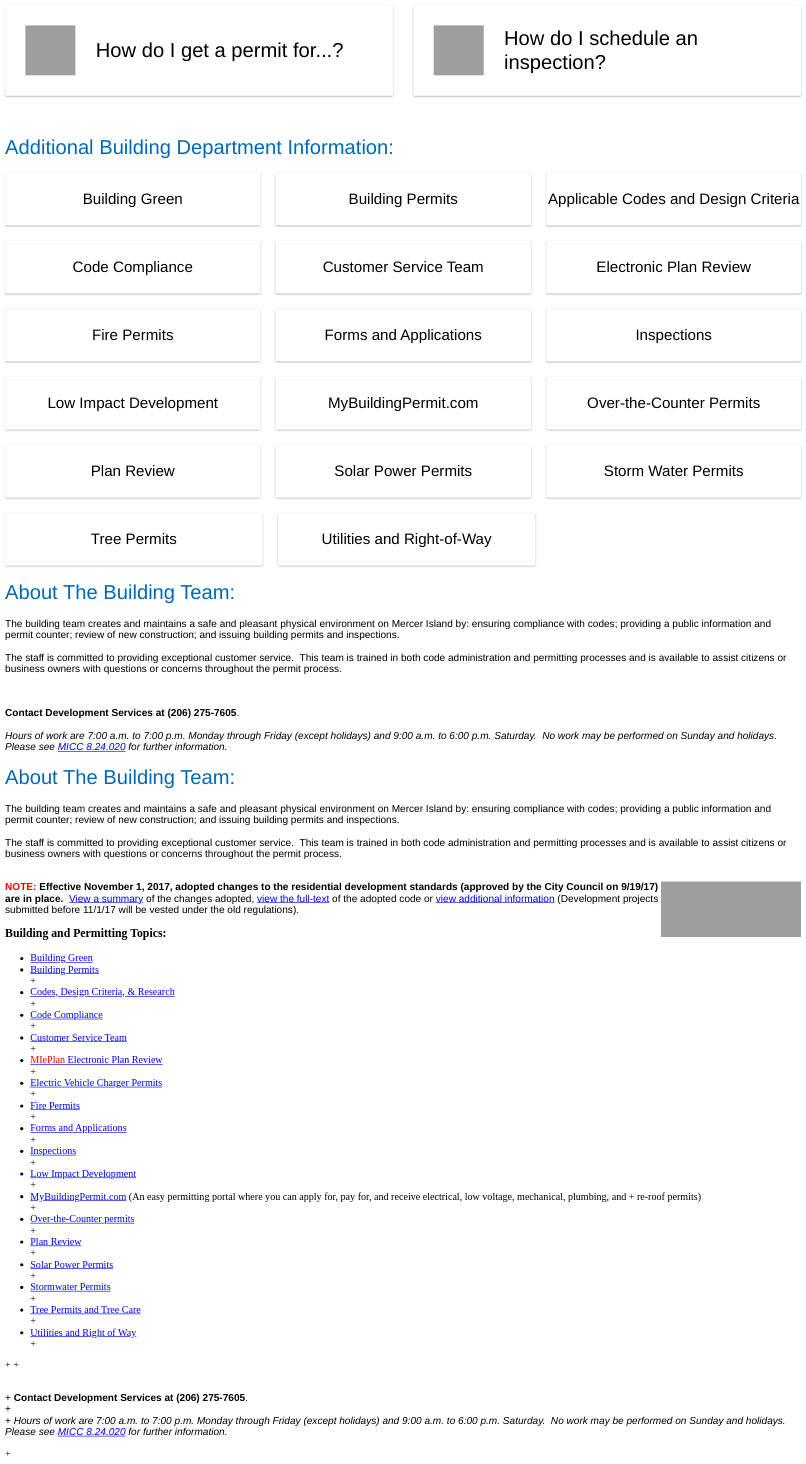
Repository: CharlieMisner/Mercer-Island-Website-Templates
Page: building-main-page/building-main-page.html
The author's editor kept a record of every edit. The page is drawn from the files as they stood at one moment, then again after the next edit.
The browser window is 1280 px wide. The pictures show the whole page, at 63% of full size.
Pictures or frames that could not be fetched are drawn as grey boxes.

Above is the page before.

After the next edit:
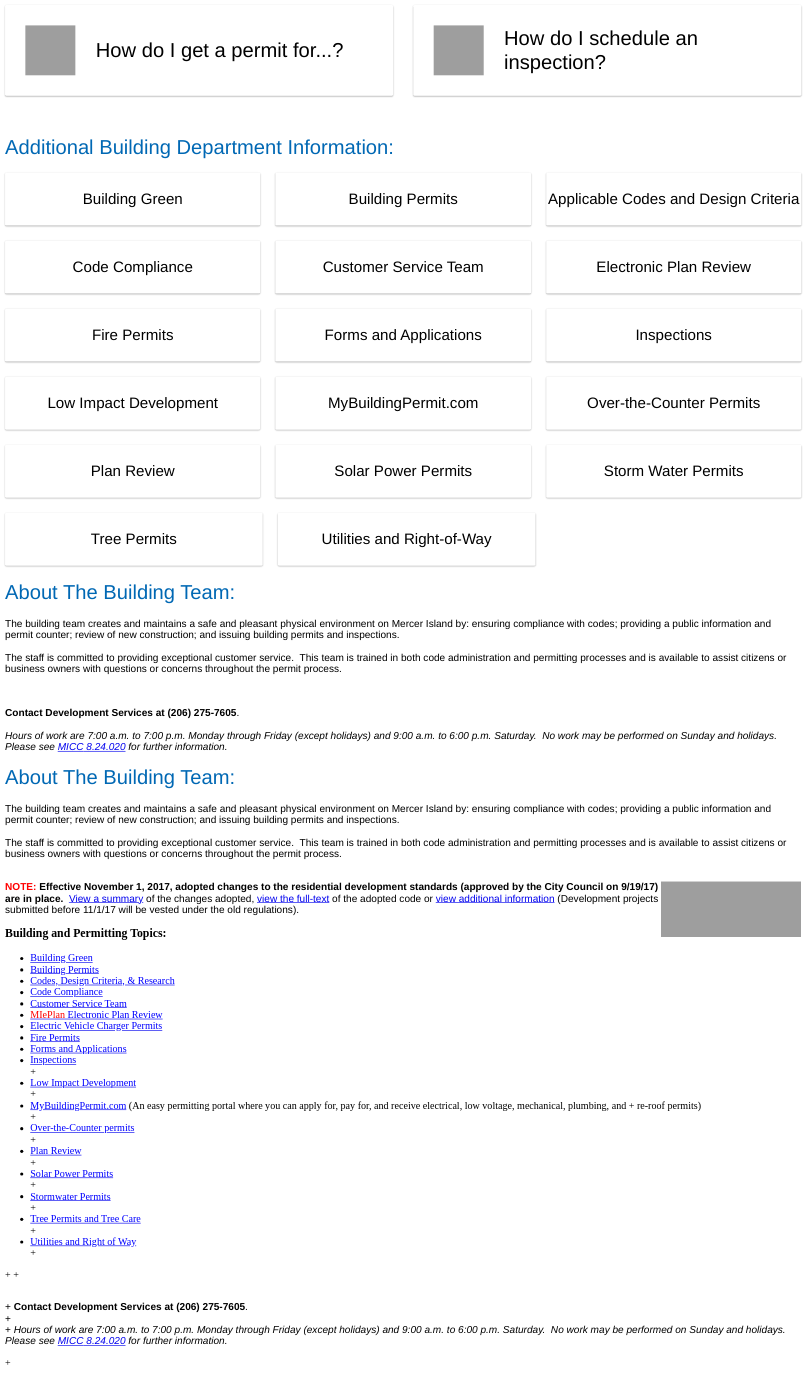
The edit:
--- a/building-main-page/building-main-page.html
+++ b/building-main-page/building-main-page.html
@@ -264,14 +264,14 @@
 <ul>
     <li><a href="http://www.mercergov.org/Page.asp?NavID=2668"><span style="color: rgb(0, 0, 255);">Building Green</span></a></li>
     <li><a href="http://www.mercergov.org/Page.asp?NavID=2606"><span style="color: rgb(0, 0, 255);">Building Permits</span></a></li>
-+    <li><a href="http://www.mercergov.org/Page.asp?NavID=2615"><span style="color: rgb(0, 0, 255);">Codes, Design Criteria, &amp; Research</span></a></li>
-+    <li><a href="http://www.mercergov.org/Page.asp?NavID=2802"><span style="color: rgb(0, 0, 255);">Code Compliance</span></a></li>
-+    <li><a href="http://www.mercergov.org/Page.asp?NavID=2623"><span style="color: rgb(0, 0, 255);">Customer Service Team</span></a></li>
-+    <li><a href="http://www.mercergov.org/Page.asp?NavID=2619"><span style="color: rgb(255, 0, 0);">MIePlan</span><span style="color: rgb(0, 0, 255);"> Electronic Plan Review</span></a><span style="color: rgb(0, 0, 255);">&nbsp;</span></li>
-+    <li><a href="http://www.mercergov.org/Page.asp?NavID=3141"><span style="color: rgb(0, 0, 255);">Electric Vehicle Charger Permits</span></a></li>
-+    <li><a href="http://www.mercergov.org/Page.asp?NavID=2614"><span style="color: rgb(0, 0, 255);">Fire Permits</span></a></li>
-+    <li><a href="http://www.mercergov.org/Page.asp?NavID=675"><span style="color: rgb(0, 0, 255);">Forms and Applications</span></a></li>
-+    <li><a href="http://www.mercergov.org/Page.asp?NavID=2610"><span style="color: rgb(0, 0, 255);">Inspections</span></a></li>
+    <li><a href="http://www.mercergov.org/Page.asp?NavID=2615"><span style="color: rgb(0, 0, 255);">Codes, Design Criteria, &amp; Research</span></a></li>
+    <li><a href="http://www.mercergov.org/Page.asp?NavID=2802"><span style="color: rgb(0, 0, 255);">Code Compliance</span></a></li>
+    <li><a href="http://www.mercergov.org/Page.asp?NavID=2623"><span style="color: rgb(0, 0, 255);">Customer Service Team</span></a></li>
+    <li><a href="http://www.mercergov.org/Page.asp?NavID=2619"><span style="color: rgb(255, 0, 0);">MIePlan</span><span style="color: rgb(0, 0, 255);"> Electronic Plan Review</span></a><span style="color: rgb(0, 0, 255);">&nbsp;</span></li>
+    <li><a href="http://www.mercergov.org/Page.asp?NavID=3141"><span style="color: rgb(0, 0, 255);">Electric Vehicle Charger Permits</span></a></li>
+    <li><a href="http://www.mercergov.org/Page.asp?NavID=2614"><span style="color: rgb(0, 0, 255);">Fire Permits</span></a></li>
+      <li><a href="http://www.mercergov.org/Page.asp?NavID=675"><span style="color: rgb(0, 0, 255);">Forms and Applications</span></a></li>
+    <li><a href="http://www.mercergov.org/Page.asp?NavID=2610"><span style="color: rgb(0, 0, 255);">Inspections</span></a></li>
 +    <li><a href="http://www.mercergov.org/Page.asp?NavID=2660"><span style="color: rgb(0, 0, 255);">Low Impact Development</span></a></li>
 +    <li><a href="http://www.mercergov.org/Page.asp?NavID=2617"><span style="color: rgb(0, 0, 255);">MyBuildingPermit.com</span></a> (An easy permitting portal where you can apply for, pay for, and receive electrical, low voltage, mechanical, plumbing, and
 +        re-roof permits)</li>
